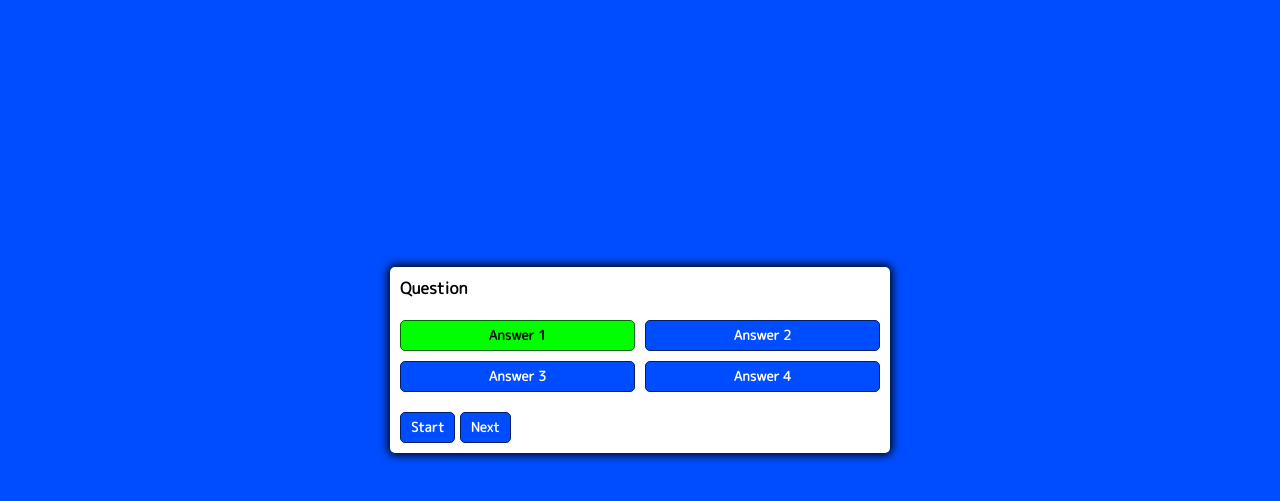
Repository: spidero7/Star-Wars_Quiz-Game
Page: index.html
The author's editor kept a copy of each file at every save. The page is drawn from the files as they stood at one save, then again after a run of saves.
The browser window is 1280 px wide. The pictures show the whole page.

Above is the page before, as saved 2021-08-29 08:16:22.

### index.html
<!DOCTYPE html>
<html lang="en">
<head>
    <meta charset="UTF-8">
    <meta http-equiv="X-UA-Compatible" content="IE=edge">
    <meta name="viewport" content="width=device-width, initial-scale=1.0">
    <title>Quiz Game</title>
    <link rel="preconnect" href="https://fonts.googleapis.com">
    <link rel="preconnect" href="https://fonts.gstatic.com" crossorigin>
    <link href="https://fonts.googleapis.com/css2?family=M+PLUS+Rounded+1c&display=swap" rel="stylesheet">
    <link rel="stylesheet" href="style.css">
</head>
<body>

    <div class="container">
        <div id="question-container" class="hide">
            <div id="question">Question</div>
            <div id="answer-buttons" class="btn-grid">
                <button class="btn correct">Answer 1</button>
                <button class="btn">Answer 2</button>
                <button class="btn">Answer 3</button>
                <button class="btn">Answer 4</button>
            </div>
        </div>
        <div id="control-panel">
            <button class="btn" id="start-btn">Start</button>
            <button class="btn hide" id="next-btn">Next</button>
        </div>
    </div>


    <script src="app.js"></script>
</body>
</html>

### style.css
*, *::after, *::before {
    box-sizing: border-box;
    font-family: 'M PLUS Rounded 1c', sans-serif;
    font-weight: bold;
}

:root {
    --hue-normal: 222;
    --hue-correct: 120;
    --hue-wrong: 0;
}

body {
    --hue: var(--hue-normal);
    padding: 0;
    margin: 0;
    display: flex;
    width: 100vw;
    height: 100vh;
    justify-content: center;
    align-items: center;
    background-color: hsl(var(--hue), 100%, 50%);
}

body.correct {
    --hue: var(--hue-correct);
}

body.wrong {
    --hue: var(--hue-wrong);
}

.container {
    width: 500px;
    max-width: 80%;
    background-color: white;
    border-radius: 5px;
    padding: 10px;
    box-shadow: 0 0 10px 2px;
}

.btn-grid {
    display: grid;
    grid-template-columns: repeat(2, auto);
    gap: 10px;
    margin: 20px 0;
}

.btn {
    --hue: var(--hue-normal);
    background-color: hsl(var(--hue), 100%, 50%);
    border: 1px solid hsl(var(--hue), 100%, 20%);
    color: white;
    border-radius: 5px;
    padding: 5px 10px;
    outline: none;
}



.btn.correct {
    --hue: var(--hue-correct);
    color: black;
}

.btn.wrong {
    --hue: var(--hue-wrong);
}

Loaded but not shown: app.js (no copy from this time; the picture is the same without it)

After the next 3 saves:
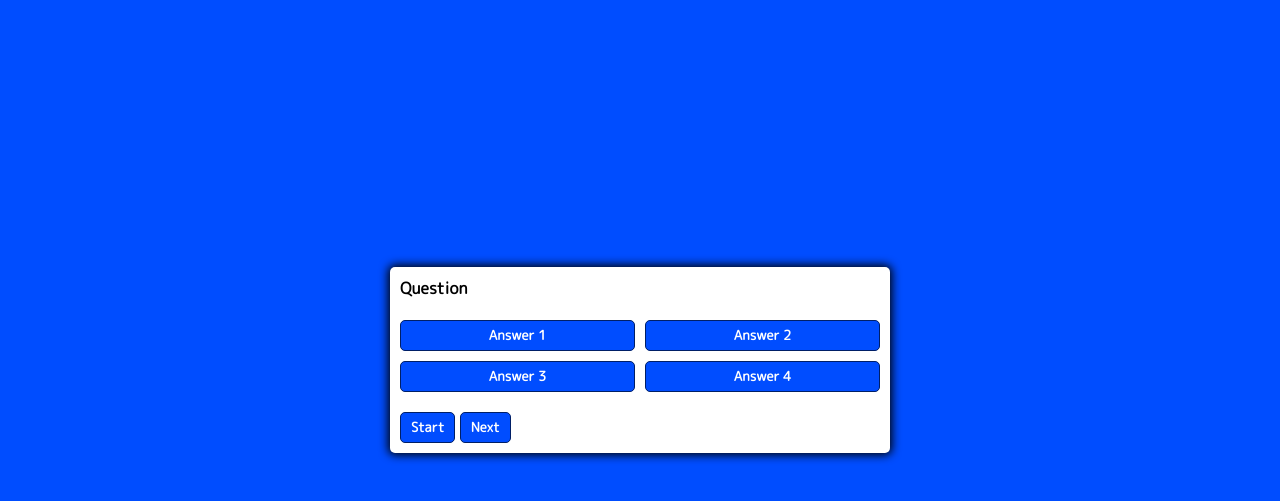
The 3 saves are shown as one change because they came seconds apart.
The last was saved 8 s later.
--- a/style.css
+++ b/style.css
@@ -56,7 +56,7 @@
     outline: none;
 }
 
-
+.btn:h
 
 .btn.correct {
     --hue: var(--hue-correct);

After the 2 saves that followed:
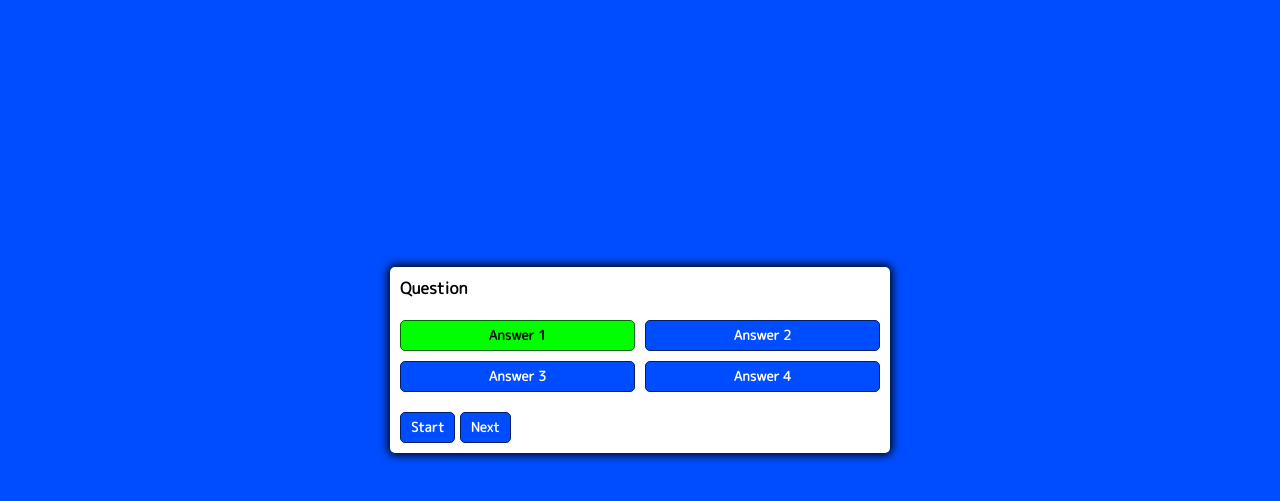
The 2 saves are shown as one change because they came seconds apart.
The last was saved 7 s later.
--- a/style.css
+++ b/style.css
@@ -56,7 +56,9 @@
     outline: none;
 }
 
-.btn:h
+.btn:hover {
+    bor
+}
 
 .btn.correct {
     --hue: var(--hue-correct);
